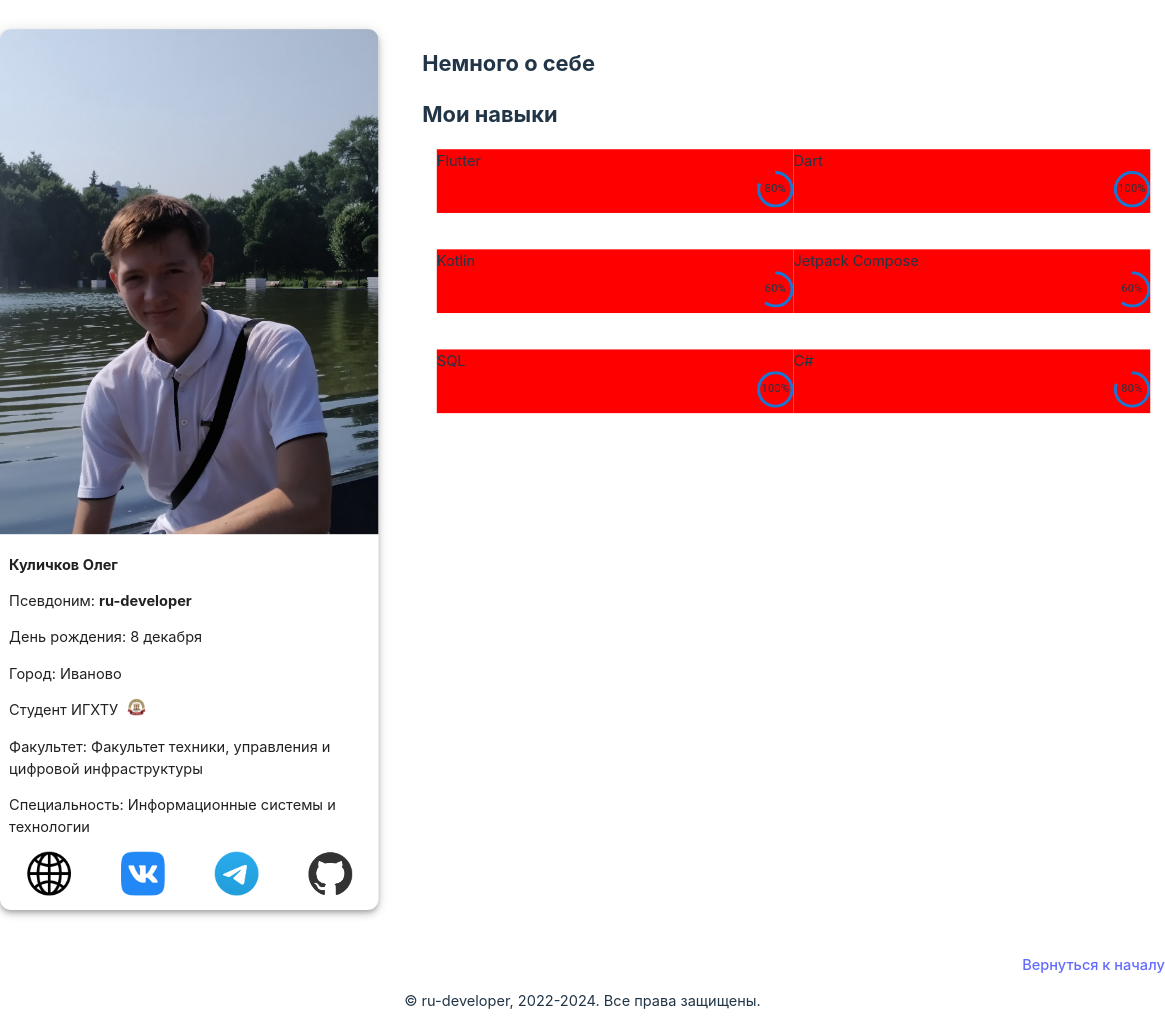
Repository: HubOl01/my_profile
Page: /
These files come from the project's save history. The page is drawn as it stood at one moment and after the next save; the edit follows.
The browser window is 1280 px wide. The pictures show the whole page, at 91% of full size.
The project was rebuilt for these pictures with package versions that can differ from the ones it lists, and the page was loaded fresh each time. Also part of the build but not shown: vite.config.ts, src/components/header/Header.module.scss, src/data/websites.ts.

Above is the page before, as saved 2024-03-09 11:02:02.

### src/App.tsx
import { Grid } from '@mui/material'
import './App.css'
import Common from './components/center/Common'
import Footer from './components/footer/Footer'
import Header from './components/header/Header'
import LeftBar from './components/left/LeftBar'
import style from './App.module.scss'

function App() {

  return (
    <>
      <Header />
      <Grid container spacing={2}>
        <Grid className={style.profile} item xs={4}>
          <LeftBar />
        </Grid>
        <Grid item xs>
          <Common />
        </Grid>
      </Grid>
      <Footer />
    </>
  )
}

export default App

### src/App.css
#root {
  max-width: 1280px;
  margin: 0 auto;
  /* padding: 2rem; */
  /* text-align: center; */
}
.logo:hover {
  filter: drop-shadow(0 0 2em #646cffaa);
}
.logo.react:hover {
  filter: drop-shadow(0 0 2em #61dafbaa);
}

@keyframes logo-spin {
  from {
    transform: rotate(0deg);
  }
  to {
    transform: rotate(360deg);
  }
}

@media (prefers-reduced-motion: no-preference) {
  a:nth-of-type(2) .logo {
    animation: logo-spin infinite 20s linear;
  }
}

/* .card {
  padding: 2em;
} */

.read-the-docs {
  color: #888;
}


/* .profile{
  min-width: 100%;
} */

### src/components/center/Common.tsx
import React from 'react'
import styles from './styles.module.scss'
import { Box, Grid } from '@mui/material'
import { CircularProgressWithLabel } from '../atoms/circularProgressWithLabel'
import { my_skills } from '../../data/my_skills'

export default function Common() {
  return (
    <div className={styles.center_common}>
      <h2>Немного о себе</h2>
      <p>

      </p>
      <h2>
        Мои навыки
      </h2>
      <Grid container margin={2} rowGap={5}>
        {
          my_skills.map((skill) =>
            <Grid xs={6}>
              <Box sx={{
                // width: "100%",
                "textAlign": "right",
                background: "red",
              }}
              ><div style={{
                // display: "inline-block",
                whiteSpace: "nowrap",
                "textAlign": "left",
                // transform: "translateY(-50%)",
              }}>
                  {skill.name}

                </div>
                <div style={{
                  whiteSpace: "nowrap",
                  // display: "inline-block",
                  "textAlign": "right",
                  // transform: "translateY(50%)",
                }}>
                  <CircularProgressWithLabel value={skill.progress * 100} />

                </div>


              </Box>
            </Grid>
          )
        }
        {/*
        <Grid xs={6} ><CircularProgressWithLabel value={my_skills[0].progress}/></Grid> */}
        {/* <Grid xs={6} ><CircularProgressWithLabel value={}/><</Grid>
        <Grid xs={6} ><CircularProgressWithLabel value={}/><</Grid>
        <Grid xs={6} ><CircularProgressWithLabel value={}/><</Grid>
        <Grid xs={6} ><CircularProgressWithLabel value={}/><</Grid>
        <Grid xs={6} ><CircularProgressWithLabel value={}/><</Grid> */}
      </Grid>
      {/* <h2>Хобби</h2>
      <p>
        Я люблю изучать что-то новое. Я программирую на языке программирования
        C# и продолжаю осваивать язык в некоторых направлениях. (Например:
        создание мобильных приложений Xamarin и создание игр Unity)
      </p>
      <h2>Спорт</h2>
      <p>
        Я более 10 лет занимаюсь конькобежным спортом. В 16 лет выполнил
        спортивный разряд кандидат в мастера спорта. Кроме этого, с начала 1
        курса я начал заниматься легкой атлетикой. Принимаю участие в
        соревнованиях в составе сборной ИГХТУ.
      </p> */}
    </div>
  )
}

### src/components/footer/Footer.tsx
import React from 'react'

export default function Footer() {
  return (
    // <footer className="text-muted" style={{
    //   "width":"100%"
    // }}>
      <div className="container">
        <p className="float-right" style={{
      "textAlign": "right"
    }}>
          <a href="#">Вернуться к началу</a>
        </p>
        <p className="footer-text"
        style={{
          "textAlign": "center"
        }}
        >© ru-developer, 2022-{(new Date()).getFullYear()}. Все права защищены.</p>
      </div>
    // </footer>
  )
}

### src/components/header/Header.tsx
import './Header.module.scss'

export default function Header() {
  return (
      <div>
        {/* <h1>About myself</h1> */}
      </div>
  )
}

### src/components/left/LeftBar.tsx
import { Card, Grid } from '@mui/material';
import about from '../../assets/images/About.jpg';
import isuct from '../../assets/images/isuct.png';
import { websites } from '../../data/websites';
import { nickname } from '../../data/my_projects';
import style from './style.module.scss';

const list_web = websites.map((web) =>
  <Grid item xs>
    <div className="web">
      <a
        href={web.href}
        title={web.title}
      >
        <img
          className={style.img_icon}
          alt={web.alt}
          src={web.src}
          width={40}
        />
      </a>
    </div>
  </Grid>
)


const LeftBar = () => {
  return (
    <>
      <Card elevation={5}
      className={style.leftCard}
        sx={{
          borderRadius: 3,
        }} >
        <a title="Куличков Олег" href="https://vk.com/oleg01f">
          <img
            alt="about"
            src={about}
            style={{
              // borderRadius: '15px',
              display: 'flex',
              width: "100%",
            }}
            data-holder-rendered="true"
          />
        </a>
        <div style={{ padding: "5px 10px 10px 10px" }}> {/* top, right, bottom, left */}
          <div>
            <p>
              <b>Куличков Олег</b>
            </p>
            <p>
              Псевдоним: <b>{nickname}</b>
            </p>
            <p>
              <span >День рождения:</span> 8 декабря
            </p>
            <p>
              <span className="text-format">Город:</span> Иваново
            </p>
            <p>
              Студент ИГХТУ
              <img
                className="isuct"
                alt="ISUCT"
                src={isuct}
                width={20}
                style={{ "marginLeft": "10px" }}
              // data-holder-rendered="true"
              />
            </p>
            <p>
              <span className="text-format">Факультет:</span> Факультет техники,
              управления и цифровой инфраструктуры
            </p>
            <p>
              <span className="text-format">Специальность:</span> Информационные
              системы и технологии
            </p>
            {/* <p style={{
              "textAlign": "center",
              "justifyContent": "center",
              display: 'flex',
              width: "100%",

          }}>
            <span className="text-format">Социальные сети</span>
          </p> */}

            <Grid container spacing={2}

              sx={{
                'textAlign': "center",
                // display: 'flex',
                // width: "100%",
              }
              }>
              {list_web}
            </Grid>

          </div>
        </div>


      </Card>
    </>
  )
}

export default LeftBar

### src/App.module.scss
@media (max-width: 425px) {
    .profile{
      min-width: 100%;
    }
  }
  @media screen and (min-width: 426px) {
    .profile{
      min-width: 300px;
    }
  }

### src/components/center/styles.module.scss
.center_common{
    padding: 2rem;
}

### src/components/atoms/circularProgressWithLabel.tsx
import * as React from 'react';
import CircularProgress, {
  CircularProgressProps,
} from '@mui/material/CircularProgress';
import Typography from '@mui/material/Typography';
import Box from '@mui/material/Box';

export function CircularProgressWithLabel(
  props: CircularProgressProps & { value: number },
) {
  return (
    <Box sx={{ position: 'relative', display: 'inline-flex' }}>
      <CircularProgress variant="determinate" {...props} />
      <Box
        sx={{
          top: 0,
          left: 0,
          bottom: 0,
          right: 0,
          position: 'absolute',
          display: 'flex',
          alignItems: 'center',
          justifyContent: 'center',
        }}
      >
        <Typography
          variant="caption"
          component="div"
          // color="text.secondary"
        >{`${Math.round(props.value)}%`}</Typography>
      </Box>
    </Box>
  );
}

// export default function CircularWithValueLabel() {
//   const [progress, setProgress] = React.useState(10);

//   React.useEffect(() => {
//     const timer = setInterval(() => {
//       setProgress((prevProgress) => (prevProgress >= 100 ? 0 : prevProgress + 10));
//     }, 800);
//     return () => {
//       clearInterval(timer);
//     };
//   }, []);

//   return <CircularProgressWithLabel value={progress} />;
// }

### src/data/my_skills.ts
import { FullStack } from "./my_projects";

interface ISkill{
    name: string;
    progress: number;
}

export const my_skills: ISkill[] = [
    {
        name: FullStack.Flutter,
        progress: .80
    },
    {
        name: FullStack.Dart,
        progress: 1
    },
    {
        name: FullStack.Kotlin,
        progress: .6
    },
    {
        name: FullStack.Jetpack_Compose,
        progress: .6
    },
    {
        name: FullStack.SQL,
        progress: 1
    },
    {
        name: FullStack.C_sharp,
        progress: .8
    }
]

### src/data/my_projects.ts
export interface IProjects {
  title: string;
  description: string[];
  url_icon: string;
  url_images: string[];
  url_stores: string[];
  url_sources: string[];
  creator: string;
  fullStack: string[];
  platforms: string[];
  color: string;
}
export const nickname = "ru-developer";
export enum Platforms {
  Android = "Android",
  IOS = "IOS",
  Windows = "Windows",
  Linux = "Linux",
  Web = "Web",
}
// enum Colors {
//   Red = "",
//   White = "",
//   Black = "",
//   Green = "",
// }
export enum FullStack {
  Flutter = "Flutter",
  Dart = "Dart",
  Kotlin = "Kotlin",
  Jetpack_Compose = "Jetpack Compose",
  Winforms = "Winforms",
  C_sharp = "C#",
  React = "React",
  Typescript = "Typescript",
  Retrofit = "Retrofit",
  PHP = "PHP",
  SQLite = "SQLite",
  SQL = "SQL",
  MySQL = "MySQL",
  PostgreSQL = "PostgreSQL",
  Git = "Git",
  HTML = "HTML",
  CSS = "CSS",
  SCSS = "SCSS",
  Vite = "Vite",
}

export const projects: IProjects[] = [
  {
    title: "My Songbook",
    description: [
      "My Songbook – это творческая мастерская в вашем кармане. Независимо от того, являетесь ли вы гитаристом, певцом, композитором или просто энтузиастом музыки, это приложение поможет вам воплотить ваши музыкальные идеи в жизнь.",
      "\n",
      "Основные возможности:",
      "\n",
      "- Записывайте и редактируйте песни: Создавайте музыку в любое время, в любом месте. Записывайте мелодии, добавляйте тексты и настраивайте аранжировки – все это в вашем распоряжении.",
      "- Справочник аккордов для гитары: Независимо от вашего уровня мастерства, наше приложение предлагает обширный справочник аккордов для гитары. Найдите нужный аккорд и создайте свой собственный уникальный звук.",
      "- Автоскролл и легкая навигация: Никогда больше не теряйтесь в тексте. Функция автоскролла позволяет вам сконцентрироваться на музыке, а не на прокрутке текста.",
      "- Делитесь своей музыкой: Поделитесь своими произведениями с миром через социальные сети непосредственно из приложения. Позвольте всем услышать вашу творческую энергию.",
      "- Аудиофайлы с песнями: Сохраняйте свои композиции в виде аудиофайлов. Прослушивайте их в любое время или отправляйте друзьям и коллегам.",
      "\n",
      "Почему выбрать My Songbook?",
      "\n",
      "- Простота и удобство: Даже если вы начинающий музыкант, вы сможете создавать профессиональные композиции с легкостью.",
      "- Безопасное хранение ваших произведений: Ваши записи остаются конфиденциальными. Спокойно работайте над своими идеями, зная, что они в безопасности.",
      "\n",
      "Неважно, вы начинающий музыкант или профессионал, My Songbook поможет вам создать и поделиться музыкой, которая касается сердец. Начните свое музыкальное путешествие сегодня!",
    ],
    url_icon: "",
    url_images: [],
    url_stores: [
      "https://apps.rustore.ru/app/ru.ru_developer.my_songbook",
      "https://appgallery.huawei.com/app/C109087129",
      "https://global.app.mi.com/details?lo=RU&la=en_US&id=ru.ru_developer.my_songbook.mi",
    ],
    url_sources: ["https://github.com/HubOl01/my_songbook"],
    creator: nickname,
    fullStack: [FullStack.Flutter, FullStack.Dart],
    platforms: [Platforms.Android],
    color: "",
  },
  {
    title: "Мой универ - ИГХТУ",
    description: [
      '"Мой универ - ИГХТУ" - это мобильное приложение, специально разработанное для студентов Ивановского государственного химико-технологического университета. Вы теперь сможете посмотреть расписание пар даже без интернета! Также можно получать уведомления об информации пар каждый день. В приложении также доступны заметки и вы можете записывать лекции, делать пометки, прикреплять ссылки и также делиться ими.',
      "\n",
      "Основные функции приложения:",
      "\n",
      "- Календарь с расписанием пар на текущий день",
      "- Расписание лекций, практик и семинаров",
      "- Новости ВУЗа",
      "- Вход в moodle ИГХТУ",
      "- Расписание преподавателей, сессий",
      "- Поисковик",
      "- Заметки, конспекты",
      "- Уведомления об информации пар на каждый день",
      "\n",
      "Также приложение адаптировано под планшеты      ",
    ],
    url_icon: "",
    url_images: [],
    url_stores: [
      "https://apps.rustore.ru/app/ru.ru_developer.my_university_isuct",
    ],
    url_sources: ["https://github.com/HubOl01/my_university_isuct"],
    creator: nickname,
    fullStack: [FullStack.Flutter, FullStack.Dart, FullStack.PHP],
    platforms: [Platforms.Android],
    color: "",
  },
  {
    title: "MyAppHome",
    description: ["Приложение для многоквартирных домов"],
    url_icon: "",
    url_images: [],
    url_stores: [],
    url_sources: [],
    creator: "Создано вместе с командой OVERLAGO",
    fullStack: [FullStack.Flutter, FullStack.Dart],
    platforms: [Platforms.Android],
    color: "",
  },
  {
    title: "City Adventures",
    description: [],
    url_icon: "",
    url_images: [],
    url_stores: [],
    url_sources: [],
    creator: "Создано с командой на хакатоне",
    fullStack: [FullStack.Flutter, FullStack.Dart],
    platforms: [Platforms.Android],
    color: "",
  },
  {
    title: "Bellisemo",
    description: ["Student project for study architectural technologies"],
    url_icon: "",
    url_images: [],
    url_stores: [],
    url_sources: [],
    creator: "Student project",
    fullStack: [FullStack.React, FullStack.Typescript],
    platforms: [Platforms.Web],
    color: "",
  },
  {
    title: "Weather",
    description: ["Student project for study kotlin jetpack compose"],
    url_icon: "",
    url_images: [],
    url_stores: [],
    url_sources: [],
    creator: nickname,
    fullStack: [
      FullStack.Jetpack_Compose,
      FullStack.Kotlin,
      FullStack.Retrofit,
    ],
    platforms: [Platforms.Android],
    color: "",
  },
  {
    title: "My portfolio",
    description: ["Вебсайт для показа своих проектов, которые мы видим здесь"],
    url_icon: "",
    url_images: [],
    url_stores: [],
    url_sources: [],
    creator: nickname,
    fullStack: [FullStack.React, FullStack.Typescript],
    platforms: [Platforms.Web],
    color: "",
  },
];

### src/components/left/style.module.scss
@media (max-width: 699px) {
    .img_icon {
        width: 2em;
        // height: 50%;
    }
}
@media screen and (min-width: 700px) {
    .img_icon {
        width: 3em;
        // height: 50%;
    }
}
// @media screen and (max-width: 768px) {
//     .img_icon {
//         width: 50px;
//         height: 50px;
//     }
// }
div {
    display: "flex";
}
.leftCard {
    margin: 2em 0;
}
/* // .custom-card{

// } */

Loaded but not shown: index.html (common file); src/main.tsx (common file); src/index.css (common file)

After the next save:
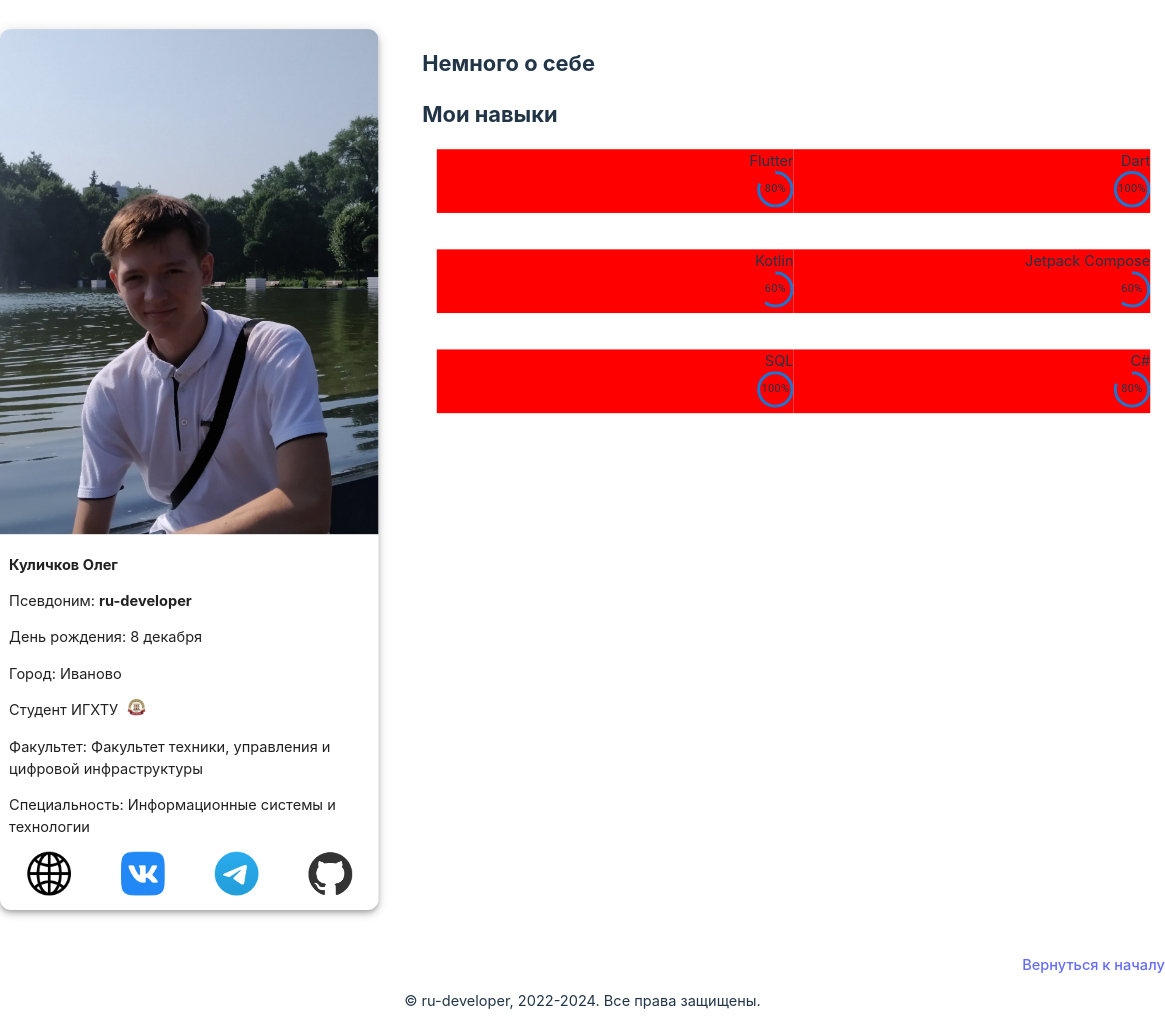
Saved 19 s later.
--- a/src/components/center/Common.tsx
+++ b/src/components/center/Common.tsx
@@ -24,7 +24,7 @@
                 background: "red",
               }}
               ><div style={{
-                // display: "inline-block",
+                display: "inline-block",
                 whiteSpace: "nowrap",
                 "textAlign": "left",
                 // transform: "translateY(-50%)",

After the 2 saves that followed:
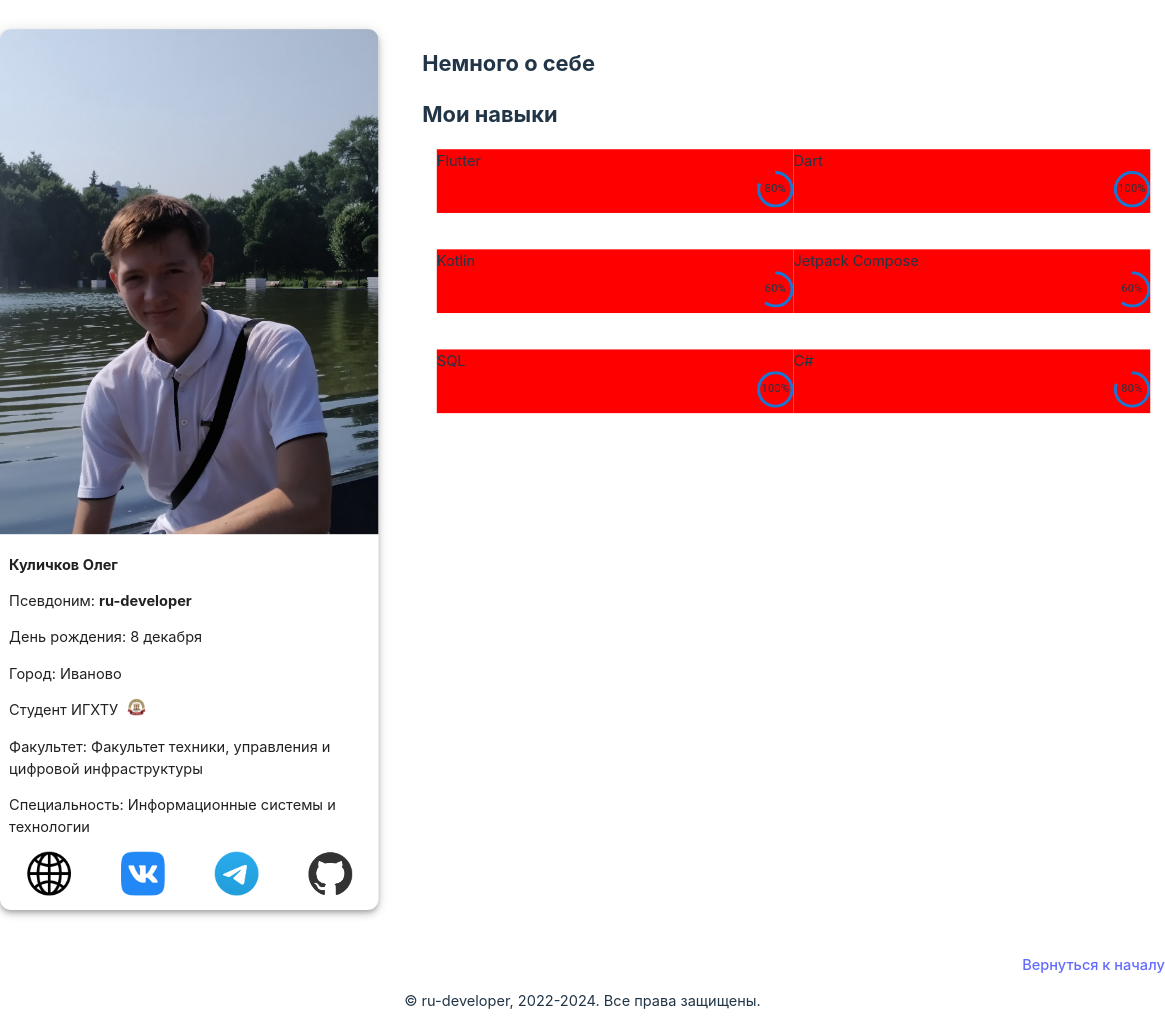
The 2 saves are shown as one change because 1 left the picture as it was.
The last was saved 10 s later.
--- a/src/components/center/Common.tsx
+++ b/src/components/center/Common.tsx
@@ -24,7 +24,7 @@
                 background: "red",
               }}
               ><div style={{
-                display: "inline-block",
+                display: "inl",
                 whiteSpace: "nowrap",
                 "textAlign": "left",
                 // transform: "translateY(-50%)",
